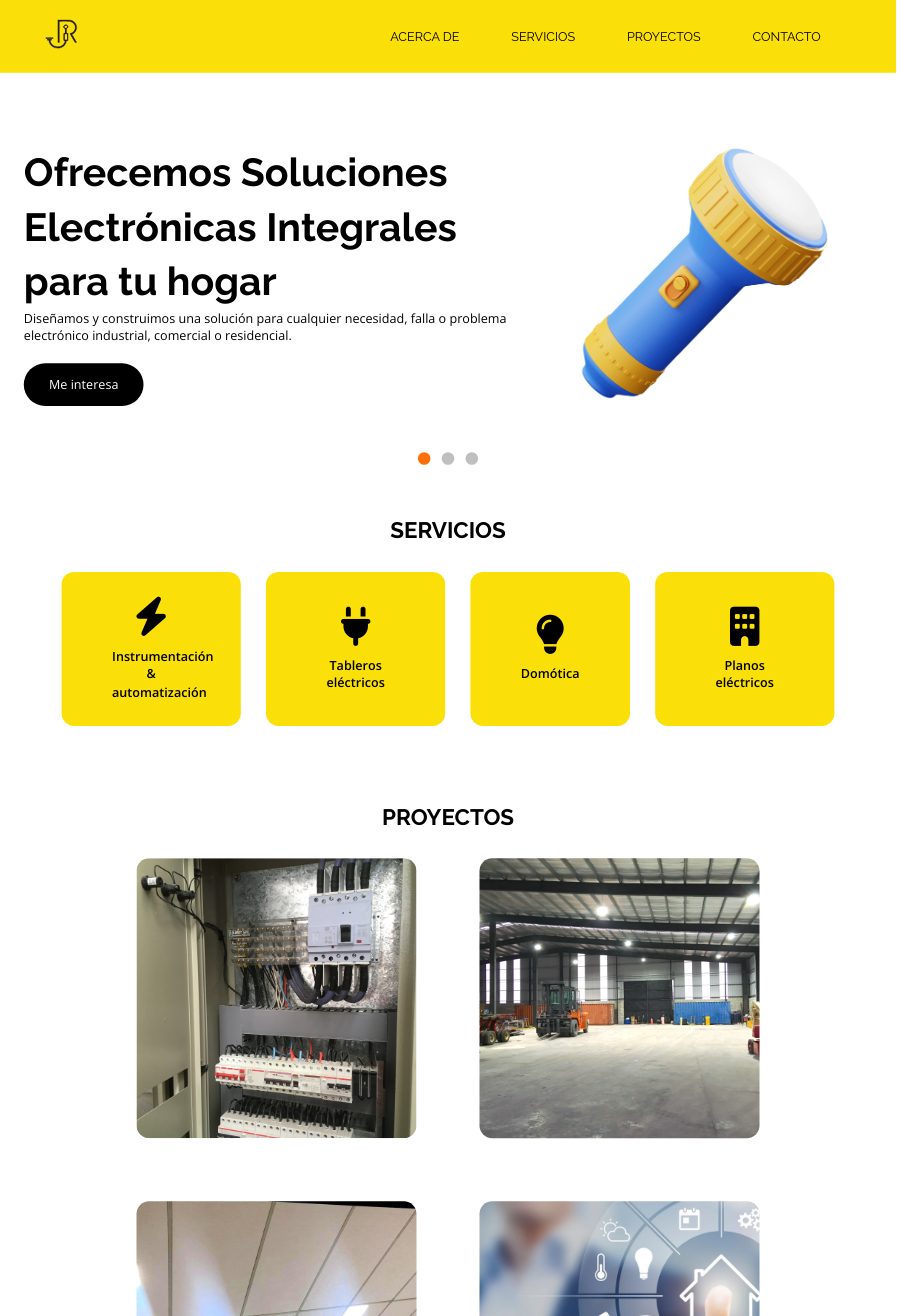
Repository: jeraldinnemg/rjelectronics
Page: index.html
These files come from the project's save history. The page is drawn as it stood at one moment and after the next save; the edit follows.
The browser window is 1280 px wide. The page is 1280 px wide, then 1312 px, then 1280 px, so the pictures cover 1312 px, including what lies to the right of the window. The pictures show the part of the page from y = 0 to 1880 px (the page is 2659 px tall before and 2672 px after), at 70% of full size.
Some web libraries are served in a nearby version.

Above is the page before, as saved 2022-07-27 21:24:48.

### index.html
<!DOCTYPE html>
<html lang="en">
<head>
    <meta charset="UTF-8">
    <meta http-equiv="X-UA-Compatible" content="IE=edge">
    <meta name="viewport" content="width=device-width, initial-scale=1.0">
    <link rel="shortcut icon" href="favicon.ico" type="image/x-icon">
    <!-- Google fonts -->
    <link rel="preconnect" href="https://fonts.googleapis.com">
    <link rel="preconnect" href="https://fonts.gstatic.com" crossorigin>
<link href="https://fonts.googleapis.com/css2?family=Open+Sans:wght@300;400;500;600&family=Raleway:wght@300;400;500;600;700;800&display=swap" rel="stylesheet">
<link rel="stylesheet" href="https://cdnjs.cloudflare.com/ajax/libs/font-awesome/6.1.1/css/all.min.css" integrity="sha512-KfkfwYDsLkIlwQp6LFnl8zNdLGxu9YAA1QvwINks4PhcElQSvqcyVLLD9aMhXd13uQjoXtEKNosOWaZqXgel0g==" crossorigin="anonymous" referrerpolicy="no-referrer" />
    <!-- Custom system -->
    <link rel="stylesheet" href="index.css">
    <script src="https://kit.fontawesome.com/05b8218d7f.js" crossorigin="anonymous"></script>


    <script src="navigation.js" defer></script>
    <script src="tabs.js" defer></script>

    <title>RJ Electronics</title>
</head>
<body>
    <header class="primary-header flex">
            <a href="#">
                <img class="logo" width="50px" height="50px"src="/img/logo.svg" alt="">
            </a>
            <button class="mobile-nav-toggle" aria-controls="primary-navigation"><span class="sr-only" aria-expanded="false">Menu</span></button>
            <nav >
                <ul class="primary-navigation flex" data-visible="false">
                    <li><a href="#" class="uppercase text-dark ff-serif">Acerca de</a></li>
                    <li><a href="#" class="uppercase text-dark ff-serif">Servicios</a></li>
                    <li><a href="#" class="uppercase text-dark ff-serif">Proyectos</a></li>
                    <li><a href="#" class="uppercase text-dark ff-serif">Contacto</a></li>
                </ul>
            </nav>
    </header>

    <main class="grid-container grid-container--home">
        <section class="hero">
            <div class="container flex">
                <!-- CTA-1 -->
                <article class="a-self" id="lampara-tab" role="tabpanel" tabindex="0">
                    <h1 class="ff-serif fs-700">Ofrecemos Soluciones Electrónicas Integrales para tu hogar</h1>
                    <p class="ff-sans fs-400">Diseñamos y construimos una solución para cualquier necesidad, falla o problema electrónico industrial, comercial o residencial.</p>
                    <a href="#" class="button"><span>Me interesa</span></a>
                </article>
                <!-- CTA-2 -->
                <article hidden class="a-self" id="destornillador-tab" role="tabpanel" tabindex="0">
                    <h2 class="ff-serif fs-700">Creamos espacios luminosos a tu medida</h2>
                    <p class="ff-sans fs-400">Nos encargamos de calcular los lumens necesarios para que obtengas un espacio con luz de calidad.</p>
                    <a href="#" class="button"><span>Ver más</span></a>
                </article>
                <!-- CTA-3 -->
                <article hidden class="a-self" id="interruptor-tab" role="tabpanel" tabindex="0">
                    <h2 class="ff-serif fs-700">Creamos ambientes inteligentes</h2>
                    <p class="ff-sans fs-400">Nos encargamos de automatizar espacios y lugares de manera fácil y rápida.</p>
                    <a href="#" class="button"><span>Me interesa</span></a>
                </article>
                <picture class= "hero__image" id="lampara-image">
                    <img src="/img/lampara.png" alt="lampara" >
                </picture>
                <picture class= "hero__image" hidden id="destornillador-image">
                    <img src="/img/destornillador.png" alt="destornillador">
                </picture>
                <picture class= "hero__image" hidden id="interruptor-image">
                    <img src="/img/interruptor.png" alt="interruptor">
                </picture>
            </div>
            <!-- Dots -->
            <div class="dot-indicators flex" role="tablist" aria-label="services list">
                <button aria-selected="true" aria-controls="lampara-tab" data-image="lampara-image" role="tab" tabindex="0"><span class="sr-only">Lampara</span></button>
                <button aria-selected="false" aria-controls="destornillador-tab" data-image="destornillador-image" role="tab" tabindex="-1"><span class="sr-only">destornillador</span></button>
                <button aria-selected="false" aria-controls="interruptor-tab" data-image="interruptor-image" role="tab" tabindex="-1"><span class="sr-only">Interruptor</span></button>
            </div>
        </section>

        <section class="services">
            <h2 class="ff-serif fs-600 uppercase">Servicios</h2>
            <div class="container">
                <article class="card flex">
                    <i class="fa-solid fa-bolt fs-700"></i>
                    <div class="card-body">
                        <h2 class="card-title fs-400">Instrumentación & automatización</h2>

                    </div>
                </article>
                <article class="card flex">
                    <i class="fa-solid fa-plug fs-700 "></i>
                    <div class="card-body">
                        <h2 class="card-title fs-400">Tableros eléctricos</h2>

                    </div>
                </article>
                <article class="card flex">
                    <i class="fa-solid fa-lightbulb fs-700"></i>
                    <div class="card-body">
                        <h2 class="card-title fs-400">Domótica</h2>

                    </div>
                </article>
                <article class="card flex">
                    <i class="fa-solid fa-building  fs-700"></i>
                    <div class="card-body">
                        <h2 class="card-title fs-400">Planos eléctricos</h2>

                    </div>
                </article>
        </div>
        </section>
        <section class="projects">
            <h2 class="ff-serif fs-600 uppercase">Proyectos</h2>
            <div class="projects-container grid">
                <article class="project" style="background-image: url('/img/servicio-electricidad.JPG')">
                    <div class="project-overlay">
                    <h2 class="overlay-text fs-600 uppercase" >Tablero eléctrico</h2>
                    </div>
                </article>
                <article class="project" style="background-image: url('/img/trabajos-iluminacion-galpon.JPG')">
                    <div class="project-overlay">
                        <h2 class="overlay-text fs-500 uppercase">Iluminación industrial</h2>
                    </div>
                </article>
                <article class="project" style="background-image: url('/img/iluminacion-oficinas.jpeg') ">
                    <div class="project-overlay">
                        <h2 class="overlay-text fs-500 uppercase">Iluminación de oficina</h2>
                    </div>
                </article>
                <article class="project" style="background-image: url('/img/servicios-domotica.jpg') ">
                    <div class="project-overlay">
                        <h2 class="overlay-text fs-500 uppercase">Domótica en casa</h2>
                    </div>
                </article>
        </div>
        </section>
        <section class="statics">
            <h2 class="ff-serif fs-600 uppercase">Nuestros números</h2>
            <div class="container flex" >
            <div>
                <span>+5</span>
                <p>Años de experiencia</p>
            </div>
            <div>
                <span>+40</span>
                <p>Proyectos terminados</p>
            </div>
            <div>
                <span>+20</span>
                <p>Clientes felices</p>
            </div>
        </div>
        </section>

    </main>


    <footer class="flex">
        <a href="#">
            <img class="logo" width="50px" height="50px"src="/img/logo.svg" alt="">
        </a>
        <div class="col">
            <h3>Contacto</h3>
                <p>hola@rjelectronic.com</p>
                <p>1150329541</p>
        </div>
        <div class="col">
            <h3>RRSS</h3>
                <p>hola@rjelectronic.com</p>
                <p>1150329541</p>
                <p>Content</p>
        </div>
    </footer>

</body>
</html>

### index.css
/* ----------------------- */
/* --Custom properties---- */
/* ----------------------- */

:root {
   /*colors*/
   --clr-dark: 0 0% 0%;
   --clr-main: 53 97% 51%;
   --clr-secondary: 25 100% 52%;
   --clr-white: 0 0% 100%;

/*font-sizes*/
--fs-1000: 9.375rem; /*150x*/
--fs-900: 6.25rem; /*100px*/
--fs-800: 4.5rem; /*72px*/
--fs-700: 3.5rem; /*56px*/
--fs-600: 2rem; /*32px*/
--fs-500: 1.75rem; /*28px*/
--fs-400: 1.125rem; /*18px*/
--fs-300: 1rem; /*16px*/
--fs-200: 0.875rem; /*14px*/

/*font-family*/
--ff-serif: "Raleway", serif;
--ff-sans: "Open sans", sans-serif;


}

.uppercase {
    text-transform: uppercase;
}

/* -------------- */
/* -----RESET---- */
/* -------------- */

*,
*::before,
*::after {
    box-sizing: border-box;
}

/* Reset margins */
h1,
h2,
h3,
h4,
h5,
body,
p,
picture,
figure {
    margin:0;
}

/* Set up the body  */

body {
    font-family: var(--ff-sans);
    font-size: var(--fs-400);
    color:hsl(var(--clr-dark));
    line-height: 1.4;
    min-height: 100vh;

    display: grid;
    grid-template-rows: min-content 1fr;

    overflow-x:hidden;
}

/* Make images easier to work */
img,
picture {
    max-width: 100%;
}

/* Make form elements easier to work*/
input,
select,
button,
textarea {
    font: inherit;
}

/* Remove all animations, transitions and smooth scroll for people that prefer not to see them (Accesibility Recourse piccali.li*/
@media (prefers-reduced-motion: reduce) {
    html:focus-within {
     scroll-behavior: auto;
    }

    *,
    *::before,
    *::after {
      animation-duration: 0.01ms !important;
      animation-iteration-count: 1 !important;
      transition-duration: 0.01ms !important;
      scroll-behavior: auto !important;
    }
  }

/* ------------------ */
/* -UTILITY CLASES-- */
/* ----------------- */

.flex {
    display: flex;
    gap: var(--gap, 1rem);
}

.grid {
    display: grid;
    gap: var(--gap, 1rem);
}

.a-self{
    align-self: center;
}

.container {
    padding-inline: 1em;
    margin-inline: auto;
    max-width: 80rem;

    display: flex;
    flex-direction: column;
}

.dot-indicators{
    justify-content: center;
}

.hero{
    margin-top: 2em;
}


.sr-only {
    position: absolute;
    width: 1px;
    height: 1px;
    padding: 0;
    margin: -1px;
    overflow: hidden;
    clip: rect (0,0,0,0);
    white-space: nowrap; /*added line*/
    border: 0;
}

/*Colors */

.bg-dark { background-color: hsl(var(--clr-dark));}
.bg-yellow {background-color: hsl(var(--clr-yellow));}
.bg-white { background-color: hsl(var(--clr-white));}

.text-dark { color: hsl(var(--clr-dark));}
.text-dark { color: hsl(var(--clr-dark));}
.text-dark { color: hsl(var(--clr-dark));}

/*Typography */

.ff-serif {font-family: var(--ff-serif);}
.ff-sans {font-family: var(--ff-sans);}

.letter-spacing-1  {letter-spacing: 4.75px;}
.letter-spacing-2  {letter-spacing: 2.7px;}
.letter-spacing-1  {letter-spacing: 2.35px;}

.fs-900 {font-size: var(--fs-900);}
.fs-800 {font-size: var(--fs-800);}
.fs-700 {font-size: var(--fs-700);}
.fs-600 {font-size: var(--fs-600);}
.fs-500 {font-size: var(--fs-500);}
.fs-400 {font-size: var(--fs-400);}
.fs-300 {font-size: var(--fs-300);}
.fs-200 {font-size: var(--fs-200);}

.fw-400 {font-weight: 400;}
.fw-500 {font-weight: 500;}

/* General */

.flex {
    display: flex;
    gap: var(--gap, 1rem);
}

.flex.even-columns > * {
    width: 100%;
}

.grid {
    display: grid;
    gap: var(--gap, 1rem);
}

.d-block {
    display: block;
}

/* ----------------- */
/* ---COMPONENT----- */
/* ----------------- */

/* Primary header */

.logo{
    margin: 1.5rem clamp(1.5rem, 5vw, 4rem);
}

.primary-header{
    align-items:center;
    justify-content: space-between;
    background-color: hsl(var(--clr-main));
}

.primary-navigation{
    --gap: clamp(1.5rem, 5vw, 3.5rem);
    list-style: none;
    text-decoration: none;
    padding: 0;
    margin:0;
}

.primary-navigation a, footer a{
    text-decoration: none;
    margin-right: 1em;
}

.mobile-nav-toggle{
    display: none;
}

@media(max-width:35em){
    .primary-navigation{
        --underline-gap: 0.5rem;
        position: fixed;
        inset: 0 0 0 20%;
        z-index:1000;
        padding: min(20rem, 15vh);
        margin:0;
        z-index:1000;
        list-style: none;
        flex-direction: column;
        background-color: hsl(var(--clr-main));
        transform: translateX(100%);
        transition: transform ease-in-out;

    }

    .primary-navigation[data-visible='true']{
        transform: translateX(0);
    }

    .mobile-nav-toggle {
        display: block;
        position: absolute;
        z-index:2000;
        right: 2rem;
        top: 2rem;
        background: transparent;
        background-image: url(/img/icon-hamburger.svg);
        background-repeat:no-repeat;
        background-position: center;
        width: 1.5rem;
        aspect-ratio:1;
        border: 0;
        cursor: pointer;
    }

    .mobile-nav-toggle[aria-expanded='true']{
        background-image: url(/img/icon-close.svg);
    }

    .mobile-nav-toggle:focus-visible{
        outline:5px solid white;
        outline-offset: 5px;
    }
}

@media (min-width: 35em){
    .primary-navigation{
        padding-inline: clamp(3rem, 7vw, 7rem);
    }
}

@media(min-width: 45em){
    .primary-navigation{
        margin-block:2rem;
    }
}


/* ---------- */
/* Button     */
/* --------- */

 .button {
    display: inline-flex;
	background: hsl(var(--clr-dark));
    padding: 1em 2em;
    border-radius: 2em;
    color: hsl(var(--clr-white));
	position: relative;
    text-decoration: none;
    transition: 0.3s ease all;
	position:relative;
	overflow:hidden;
    margin-top: 1.5em;
}

.button span {
	position:relative;
	z-index:2;
	transition: 0.3s ease all;
}

.button::after {
	content: "";
	width: 100%;
	height:100%;
	background: hsl(var(--clr-secondary));
	position: absolute;
	z-index: 1;
	top: -80px;
	left: 0;
	transition: 0.3s ease-in-out all;
}

.button:hover::after{
	top:0;
	}
/* ---------- */
/* Dots     */
/* --------- */

.dot-indicators > * {
        cursor: pointer;
        border: 0;
        border-radius: 50%;
        padding: .5em;
        background-color: hsl(var(--clr-dark)/ .25) ;
 }

.dot-indicators > *:hover,
.dot-indicators > *:focus {
        background-color: hsl(var(--clr-secondary)/ .5);
    }

.dot-indicators > [aria-selected="true"] {
        background-color: hsl( var(--clr-secondary) / 1);
    }

/* ---------- */
/* Card     */
/* --------- */
.card{
    background-color: hsl( var(--clr-main));
    padding: 2em 4em;
    margin: 2em 0em;
    border-radius: 1em;
    flex-direction: column;
}

i:hover{
    color: hsl( var(--clr-secondary));
}

.services, .projects, .statics{
    text-align: center;
    margin-top: 4em;
}

/* -------------------------*/
/* -------projects ----------- */
/* -------------------------*/

.projects-container{
    grid-template-columns: repeat(1, 1fr);
    margin-top: 2em;
}

.projects-container >article{
    position: relative;

    min-width: 400px;
    min-height: 400px;
    background-size: cover;
    background-repeat: no-repeat;
    background-position: center center;
    border-radius: 1em;
}

.projects .project .project-overlay{
    width: 0%;
	height: 100%;
	position: absolute;
	bottom: 0;
	left: 0;
	right: 0;
	background: hsl( var(--clr-main));
	overflow: hidden;
    border-radius: 1em;
	transition: .5s ease;
}

.projects .project:hover .project-overlay {
    width: 100%;
    opacity: 0.8;
}

.overlay-text {
	top: 50%;
	left: 50%;

	position: absolute;
	white-space: nowrap;
	color: hsl(var(--clr-dark));
	transform: translate(-50%, -50%);
	overflow: hidden;
	border-top: 1px solid #fff;
	border-bottom: 1px solid #fff;
}

/* -------------------------*/
/* -------STATICS --------- */
/* -------------------------*/
.statics .container{
    gap:3em;
    justify-content: space-between;
}

/* -------------------------*/
/* -------FOOTER ---------- */
/* -------------------------*/
footer{
    background-color: hsl( var(--clr-main));
    color: hsl( var(--clr-dark));
    padding: 2em 0em;
}

footer p{
    font-family: var(--ff-sans-normal);
    font-size: var(--fs-100);
    margin-bottom: 1em;

}

footer h3{
    font-size: var(--fs-300);
    color: var(--clr-secundary);
    margin-bottom: 0.5em;
}

footer div:first-child{
    align-items: flex-start;
}

/* -------------------------*/
/* -------Layout----------- */
/* -------------------------*/

.grid-container {
    display: grid;
    text-align: center;
    place-items:center;
    padding-inline: 1rem;
    padding-bottom: 4rem;
}

.grid-container  p:not([class]) {
    max-width: 50ch;
}

@media (min-width: 45em){
    .grid-container {
        text-align: left;
        column-gap: var(--container-gap, 2rem);
        grid-template-columns: minmax(1rem, 1fr)
        repeat (2, minmax((0, 30rem)) minmax(1rem, 1fr));
    }
    .grid-container--home {
        padding-bottom: max(6rem, 20vh);
        align-items: left;
    }
    .container {
        flex-direction: row;
        gap: 2em;
    }

    .hero__image{
        max-width: 40%;
    }

    .card{
        max-width: 20vw;
        flex-direction: column;
        justify-content: center;
    }

    .projects-container{
        grid-template-columns: repeat(2, 1fr);
        gap: 5em;
    }













}

### navigation.js
// javascript

const nav = document.querySelector(".primary-navigation");
const navToggle = document.querySelector('.mobile-nav-toggle');


// when someone clicks the hamburguer button

navToggle.addEventListener('click', () => {

// if the nav is closed, open it

    const visibility = nav.getAttribute("data-visible");

    if (visibility === 'false') {
        nav.setAttribute('data-visible', true);
        navToggle.setAttribute('aria-expanded', true);
    } else {
        nav.setAttribute('data-visible', false);
        navToggle.setAttribute('aria-expanded', false);

    }
});

Loaded but not shown: tabs.js (81 lines, source omitted)

After the next save:
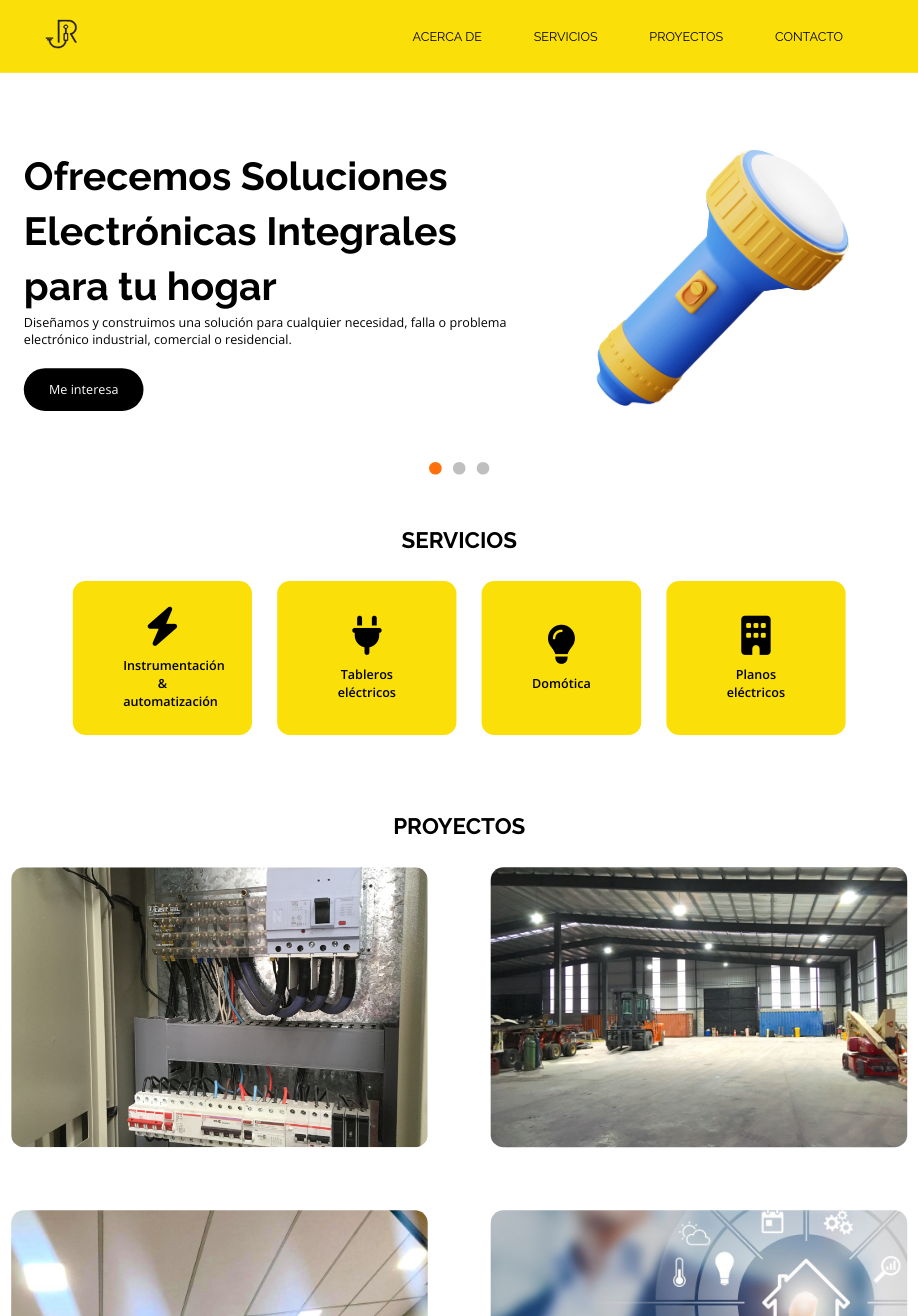
Saved 38 s later.
--- a/index.css
+++ b/index.css
@@ -378,6 +378,7 @@
 .projects-container{
     grid-template-columns: repeat(1, 1fr);
     margin-top: 2em;
+    width: 80rem;
 }
 
 .projects-container >article{

After the save that followed:
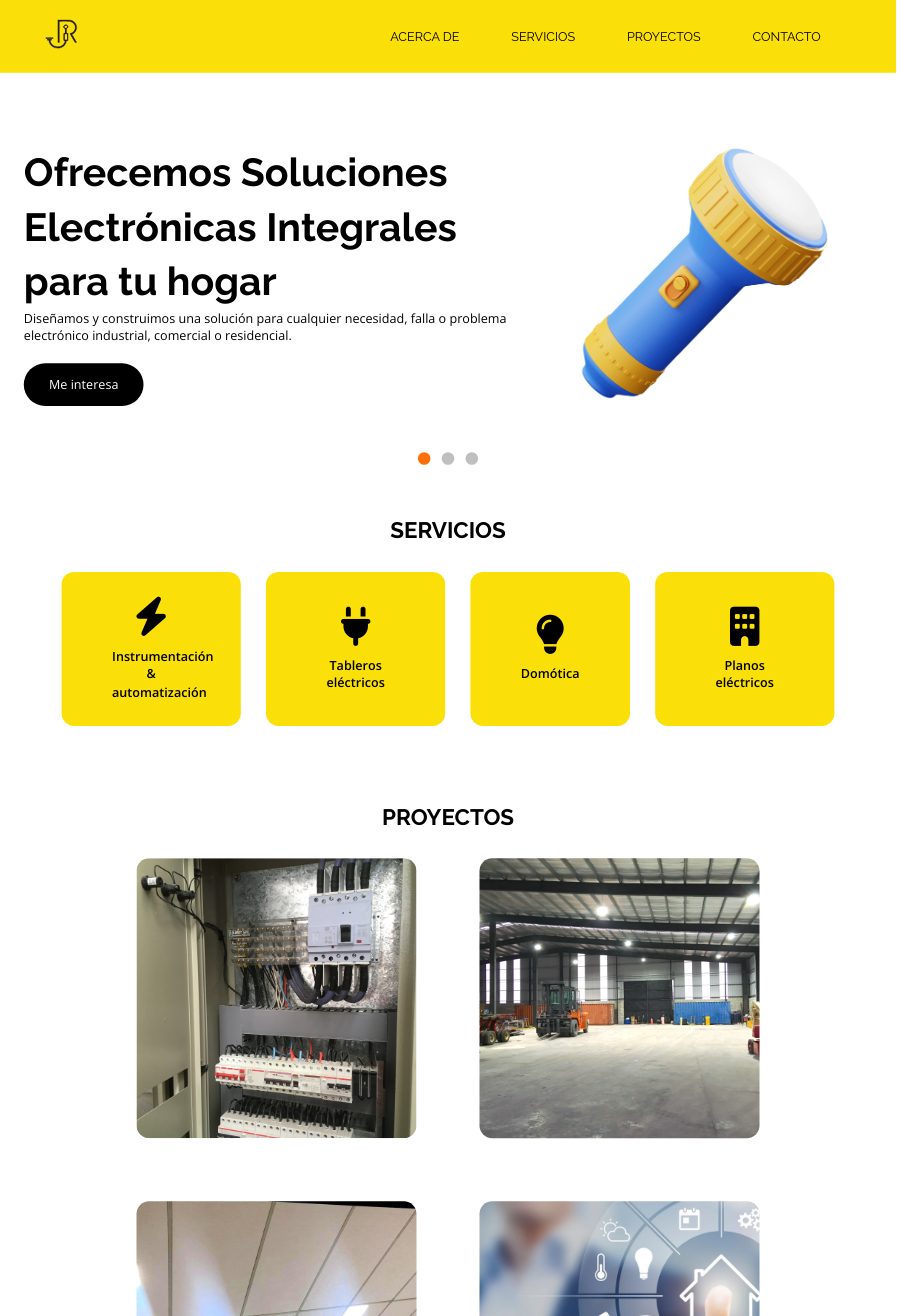
Saved 8 s later.
--- a/index.css
+++ b/index.css
@@ -378,7 +378,7 @@
 .projects-container{
     grid-template-columns: repeat(1, 1fr);
     margin-top: 2em;
-    width: 80rem;
+    max-width: 80rem;
 }
 
 .projects-container >article{
